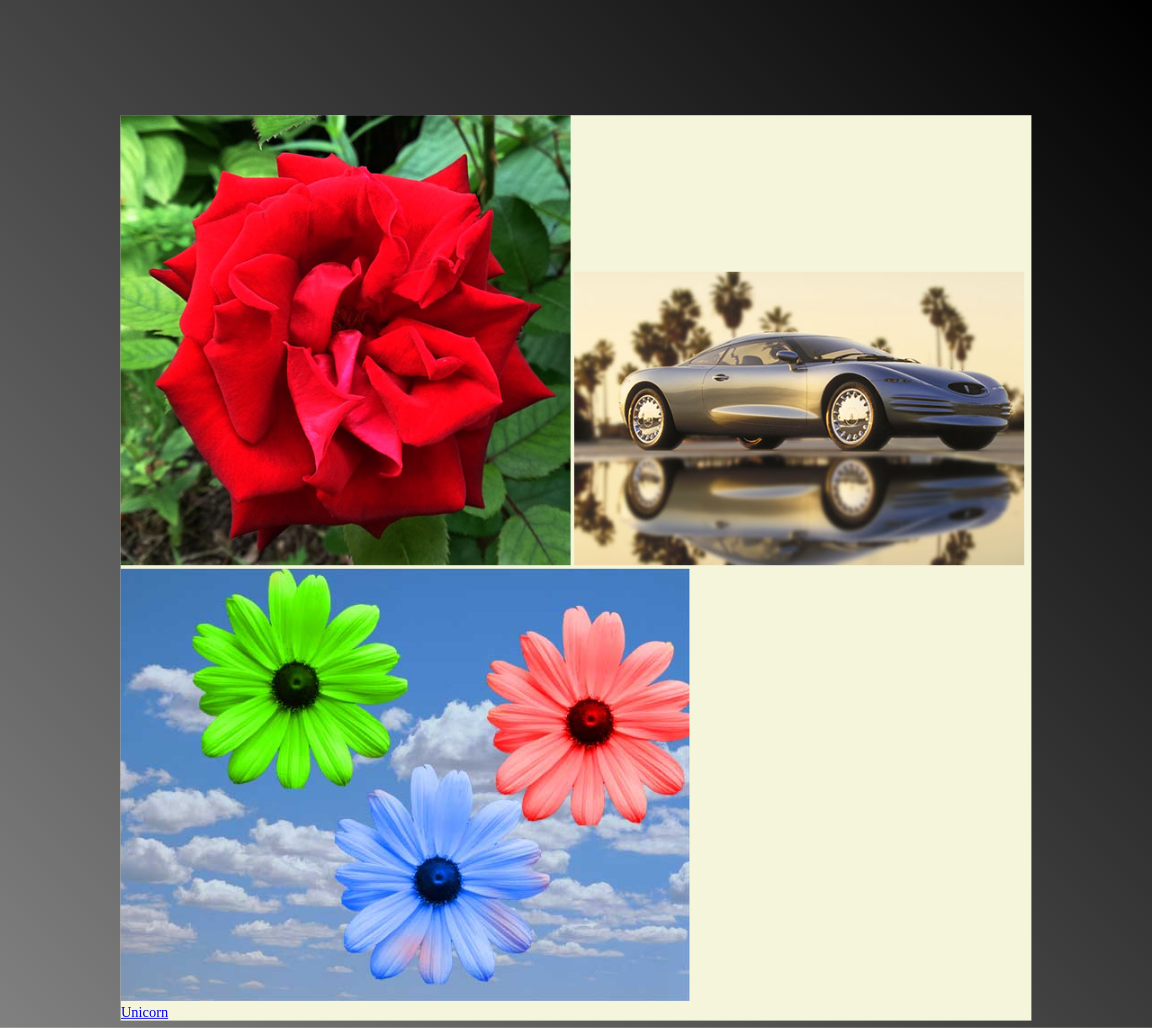
Repository: ViggoSkj/VGY
Page: ovningar/photoshopovning/photoshopovning.html
These files come from the project's save history. The page is drawn as it stood at one moment and after the next save; the edit follows.
The browser window is 1280 px wide. The pictures show the whole page, at 90% of full size.

Above is the page before, as saved 2022-11-27 12:03:23.

After the next save:
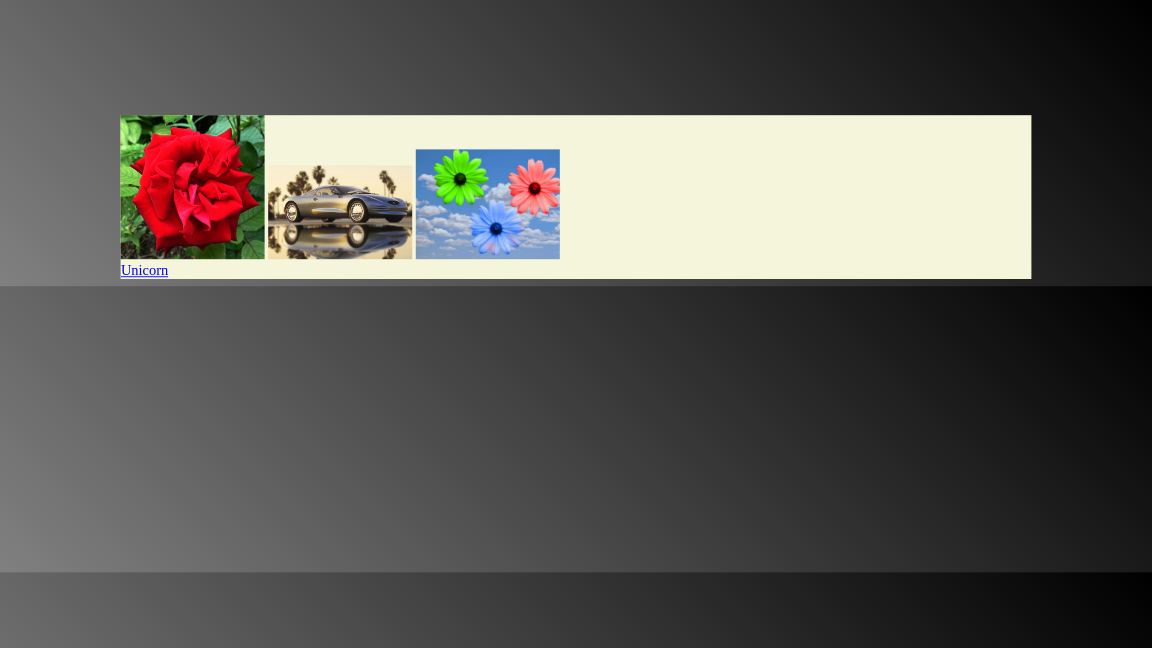
Saved 17 s later.
--- a/ovningar/photoshopovning/public/css/style.css
+++ b/ovningar/photoshopovning/public/css/style.css
@@ -11,6 +11,11 @@ body
     width: 80%;
 }
 
+img
+{
+    width: 10em;
+}
+
 .images
 {
 
